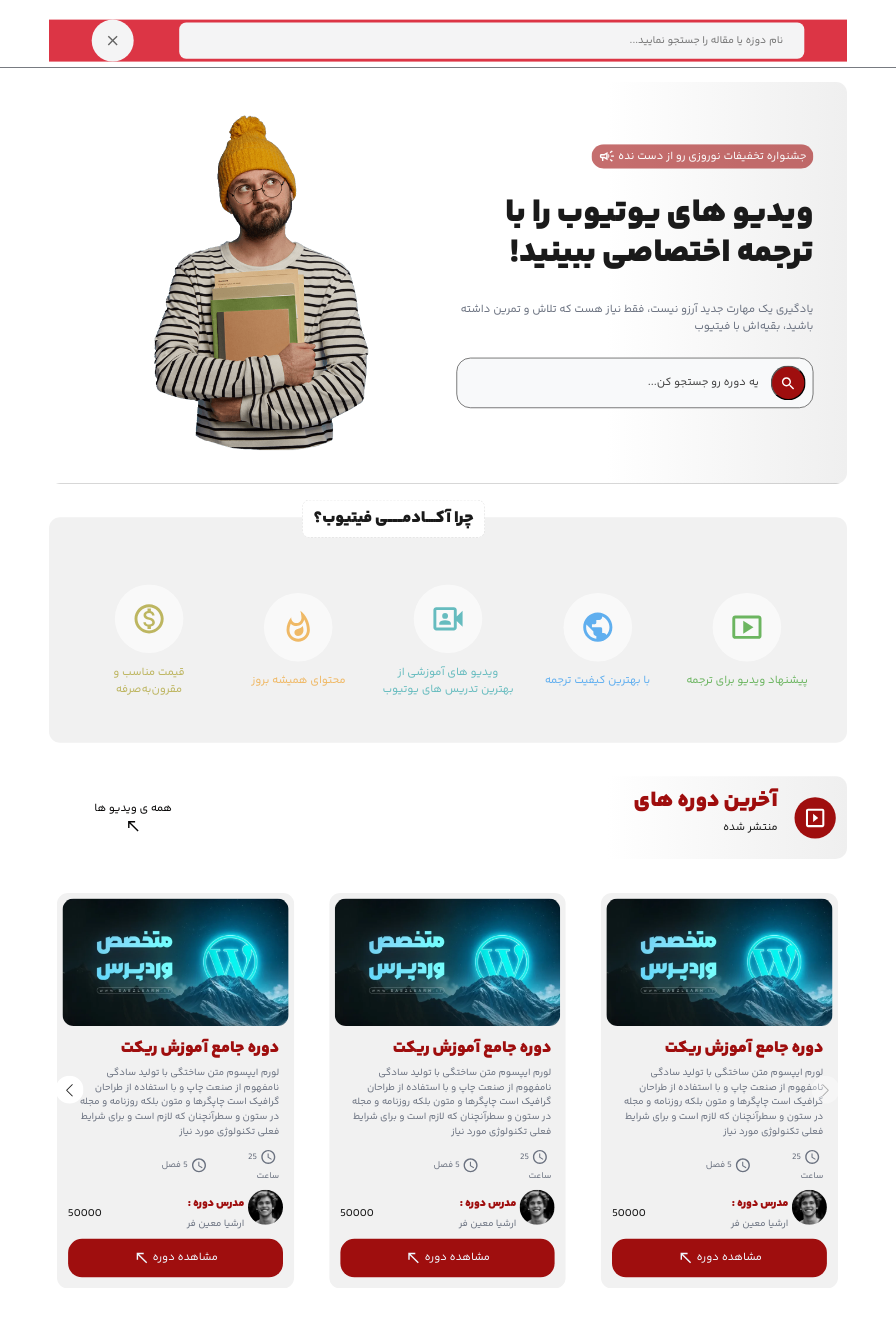
Repository: arshiamoeinfar/fitube
Page: /, after clicking the first element matching `div.utility-bar > :nth-child(2)`
The author's editor kept a copy of each file at every save. The page is drawn from the files as they stood at one save, then again after the next save.
The browser window is 1280 px wide. The pictures show the part of the page from y = 0 to 1920 px (the page is 2921 px tall), at 70% of full size.
The project was rebuilt for these pictures with package versions that can differ from the ones it lists, and the page was loaded fresh each time. Also part of the build but not shown: src/components/LandingCounter/LandingCounter.css, src/components/LandingCounter/LandingCounter.js, src/components/BoxHeader/BoxHeader.jsx, src/components/Category/Category.jsx, src/components/CartPermium/CartPremium.jsx, src/components/BuyPremium/BuyPremium.jsx, src/pages/Login/Login.js, src/components/MovieHeader/VideoPlayer.css and 2 more. Imported but missing from the stored project, and not drawn on this page: src/assets/videos/video5972191431412946595.mp4.

Above is the page before, as saved 2025-04-04 11:59:23.

After the next save:
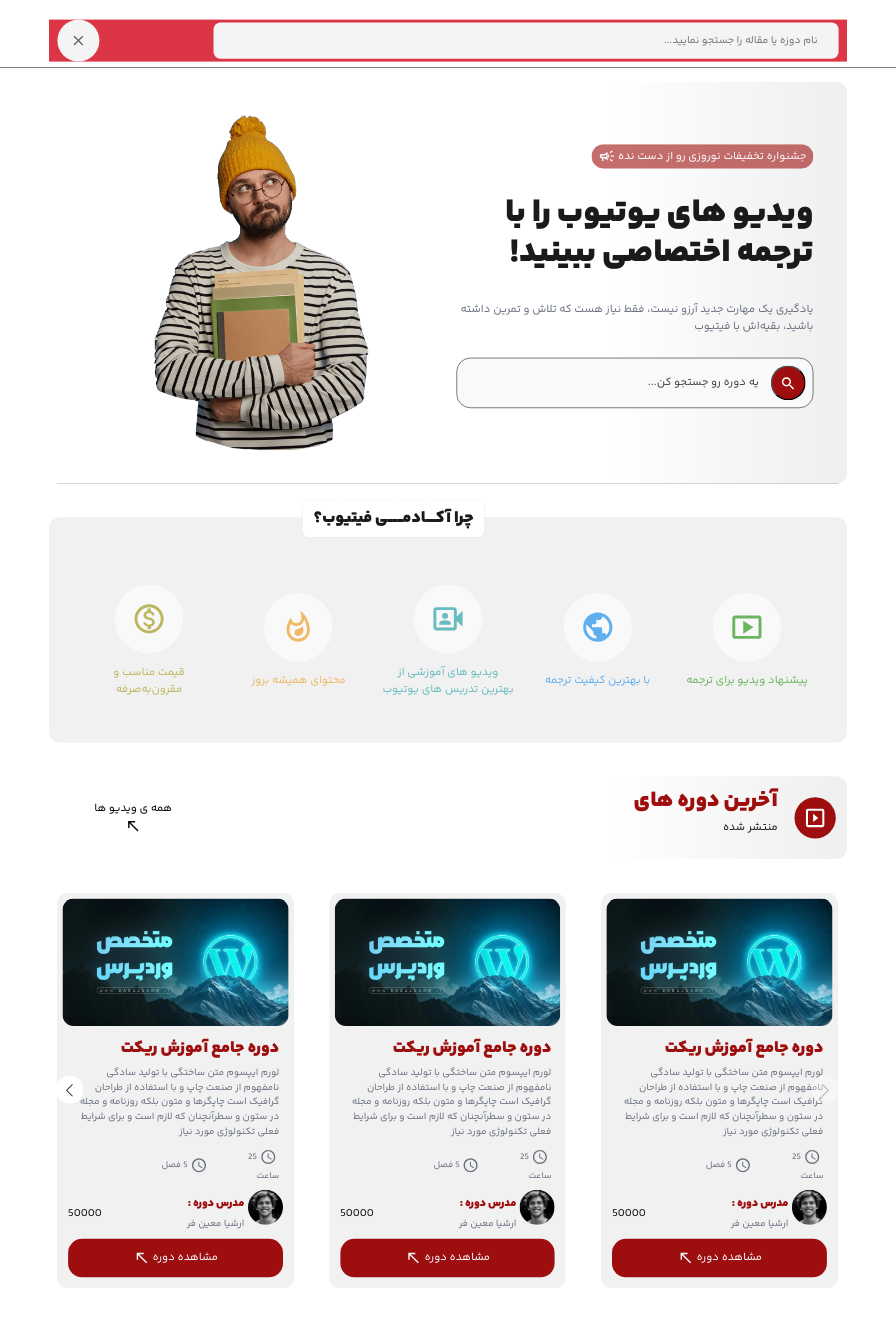
Saved 12 s later.
--- a/src/components/Navbar/Navbar.jsx
+++ b/src/components/Navbar/Navbar.jsx
@@ -16,7 +16,7 @@ const Header = () => {
   return (
     <Navbar id="navbar" className="container-fluid px-3 mx-auto ">
       {isShowSerachBox ? (
-        <div className="container bg-danger search-box w-100 d-flex justify-content-evenly align-items-center">
+        <div className="container bg-danger search-box w-100 d-flex justify-content-between align-items-center">
           <div className="contact-email">
             <input type="text" placeholder="نام دوزه یا مقاله را جستجو نمایید..." className="w-100"/>
           </div>
